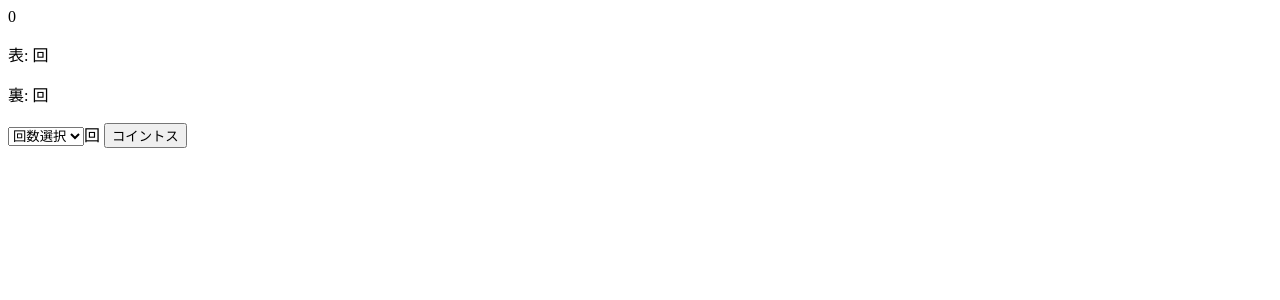
Repository: tppei/PHP
Page: http://localhost/htdocs/php08/practice_loop_elementary.php
The author's editor kept a record of every edit. The page is drawn from the files as they stood at one moment, then again after the next edit.
The browser window is 1280 px wide. The pictures show the whole page.
The page is run by PHP 8.4 with error messages shown; the project is at /var/www/html/.

Above is the page before.

After the next edit:
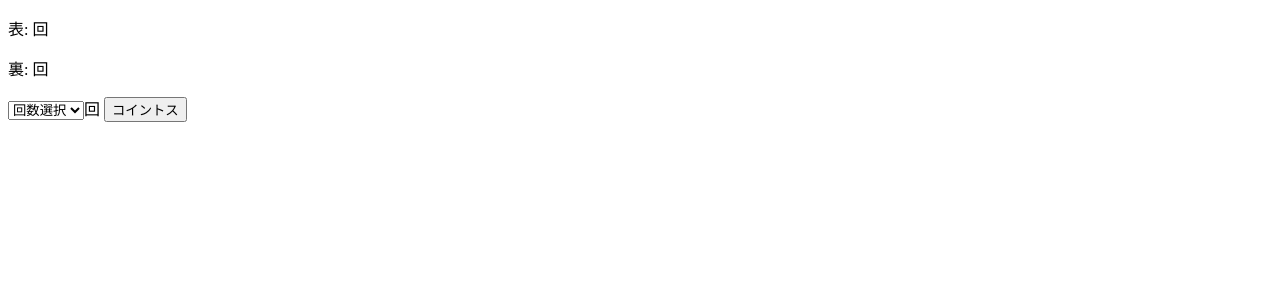
The edit:
--- a/htdocs/php08/practice_loop_elementary.php
+++ b/htdocs/php08/practice_loop_elementary.php
@@ -14,8 +14,9 @@
             $back++;
         }
     }
+    print $num;
 }
-print $num;
+
 //  if (isset($_POST["toss"]) === TRUE){
 //      $toss = htmlspecialchars($_POST['toss'], ENT_QUOTES ,'UTF-8');
 //      $num = $_POST['toss'];
